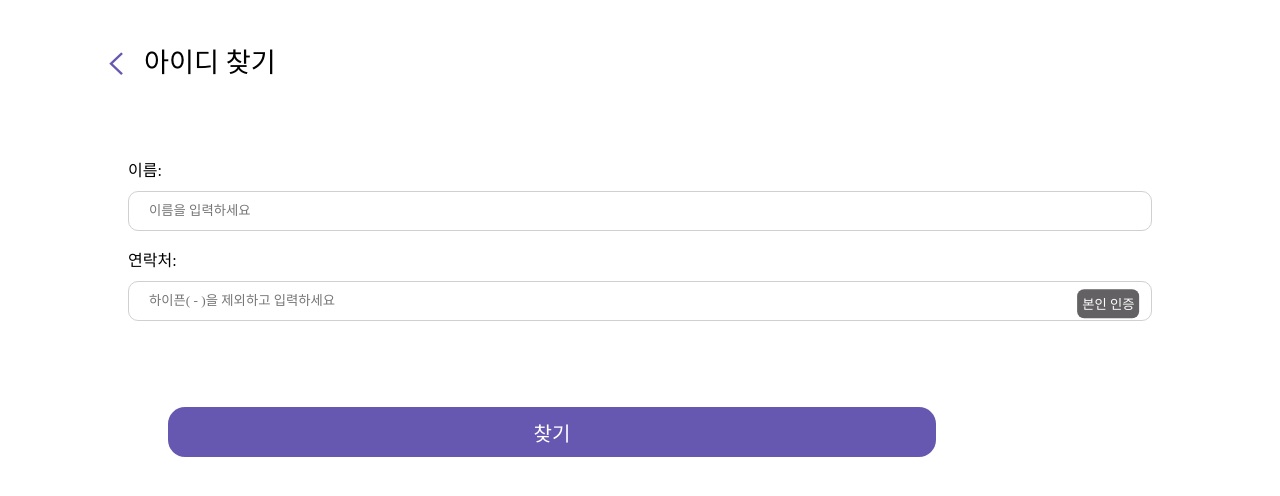
Repository: PEPI-dev/UI
Page: find_id_pw/findId.html
The author's editor kept a copy of each file at every save. The page is drawn from the files as they stood at one save, then again after the next save.
The browser window is 1280 px wide. The pictures show the whole page.
Some web fonts or font styles are not loaded; a fallback is used.

Above is the page before, as saved 2023-12-05 16:43:57.

### find_id_pw/findId.html
<!DOCTYPE html>
<html lang="en">

<head>
    <meta charset="UTF-8">
    <meta name="viewport" content="width=device-width, initial-scale=1.0">
    <title>아이디 찾기</title>
    <link rel="stylesheet" href="../userFrame.css">
    <link rel="stylesheet" href="./findId.css">
    <link rel="stylesheet" type="text/css" href="../a_XEIcon-2.2.0/xeicon.min.css">
</head>

<body>

    <header>
        <i class="xi-angle-left" id="back"></i>
        <span class="title">아이디 찾기</span>
    </header>

    <form class="form_class" action="#">
        <input type="hidden" id="check" value="n">
    <div class="container">
        <p class="display">
            <!-- onclick 추가 -->
            <label for="userid" class="txt_input">이름:</label><input class="search" id="username" placeholder="이름을 입력하세요" maxlength="15">
        </p>

        <!-- 버튼 type=button으로 추가, onclick 추가 -->
        <p class="display"><label for="hp" class="txt_input">연락처:</label>
            <input class="search" id="hp" type="text" placeholder="하이픈( - )을 제외하고 입력하세요" maxlength="11"><button type="button" class="btn_inside"
                id="phone_check" onclick="openPopup()">본인 인증</button>
        </p>

        <button class="purple button">찾기</button>

    </div>


        </form>

    <script>
        // 이전 페이지로 돌아가기
        function backPage() {
            window.history.back()
        }
    </script>
</body>

</html>

### userFrame.css
/*색상*/
.purple {
    background-color: #6658B1;
}

.gold {
    background-color: #EF9E3E;
}

.yellow {
    background-color: #F6C080;
}

/*폰트 -> 이거만 사용, 이미 적용시켜놨어용*/
@font-face {
    font-family: 'Pretendard-Regular';
    src: url('https://cdn.jsdelivr.net/gh/Project-Noonnu/noonfonts_2107@1.1/Pretendard-Regular.woff') format('woff');
    font-weight: 400;
    font-style: normal;
}

* {
    font-family: 'Pretendard-Regular';
}
/*기본 설정*/
html {
    font-size: 16px;
    box-sizing: border-box;
}

body, header, footer{
    width: 100%;
    font-size: 1rem;
    margin: 0;
    padding: 0;
    box-sizing: border-box;
}

header {
    padding: 30px;
    padding-left: 8%;
    padding-top: 50px;
    display: flex;
    font-size: 1.7rem;
    font-weight: 500;
    line-height: 1.7rem;
}

.title{
    margin-left: 0.9rem;
}

.container{
    width: 80%;
    margin: auto;
    padding: 0;
    box-sizing: border-box;
}
/*검색창, 입력창*/
.search {
    border: 1px solid #d1d0d0;
    border-radius: 10px;
    width: 100%;
    height: 40px;
    padding: 5px 20px;
    box-sizing: border-box;
}
/*뒤로가기 버튼*/
.xi-angle-left {
    color: #6658B1;
}
/*기본 버튼*/
.button {
    color: white;
    font-size: 20px;
    font-weight: 500;
    border-radius: 17px;
    border: 0px;
    width: 100%;
    height: 50px;
    margin-top: 50px;
}

footer {
    height: 60px;
}

### find_id_pw/findid.css
.btn_inside{
    width: fit-content;
    text-wrap: nowrap; /*버튼 크기가 텍스트 사이즈에 맞게 커지도록 설정, 텍스트가 밑으로 가지 않고 옆으로 가게끔*/
    background-color: #636163;
    color: white;
    font-weight: 500;
    border-radius: 7px;
    border: 0px;
    position: absolute;
    padding: 5px;
    position: absolute;
    transform: translate(-120%, 63%);
}

input {
    width: 80%;
    margin-top: 10px;
    position: relative;
}

.container{
    margin-top: 50px;
}

.button{
    width: 75%;
    margin-top: 70px;
    margin-left: 40px;
}

Loaded but not shown: a_XEIcon-2.2.0/xeicon.min.css (library)

After the next save:
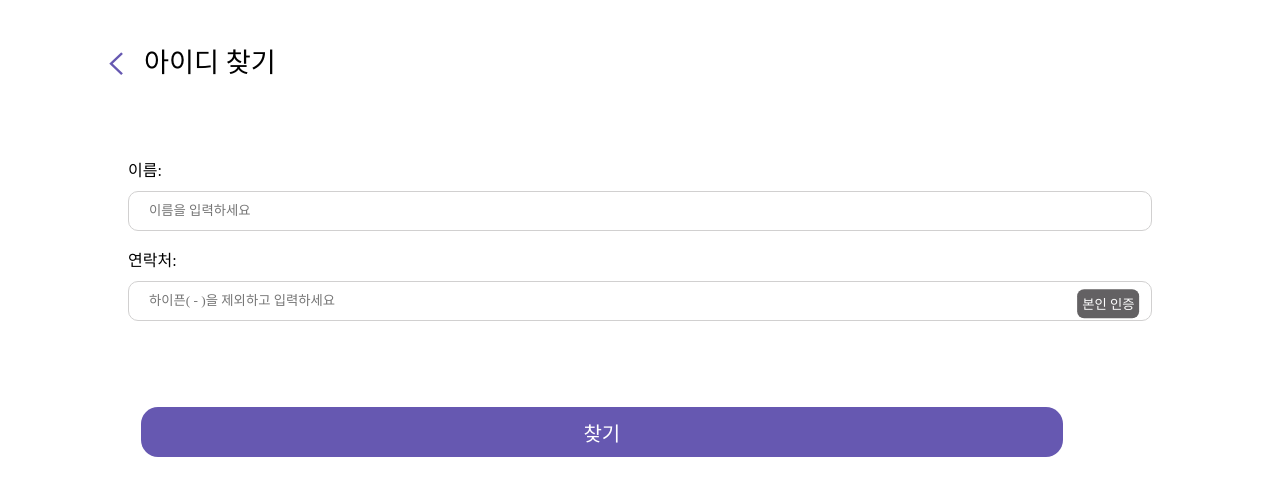
Saved 23 s later.
--- a/find_id_pw/findid.css
+++ b/find_id_pw/findid.css
@@ -23,7 +23,7 @@ input {
 }
 
 .button{
-    width: 75%;
+    width: 90%;
     margin-top: 70px;
-    margin-left: 40px;
+    margin-left: 13px;
 }
